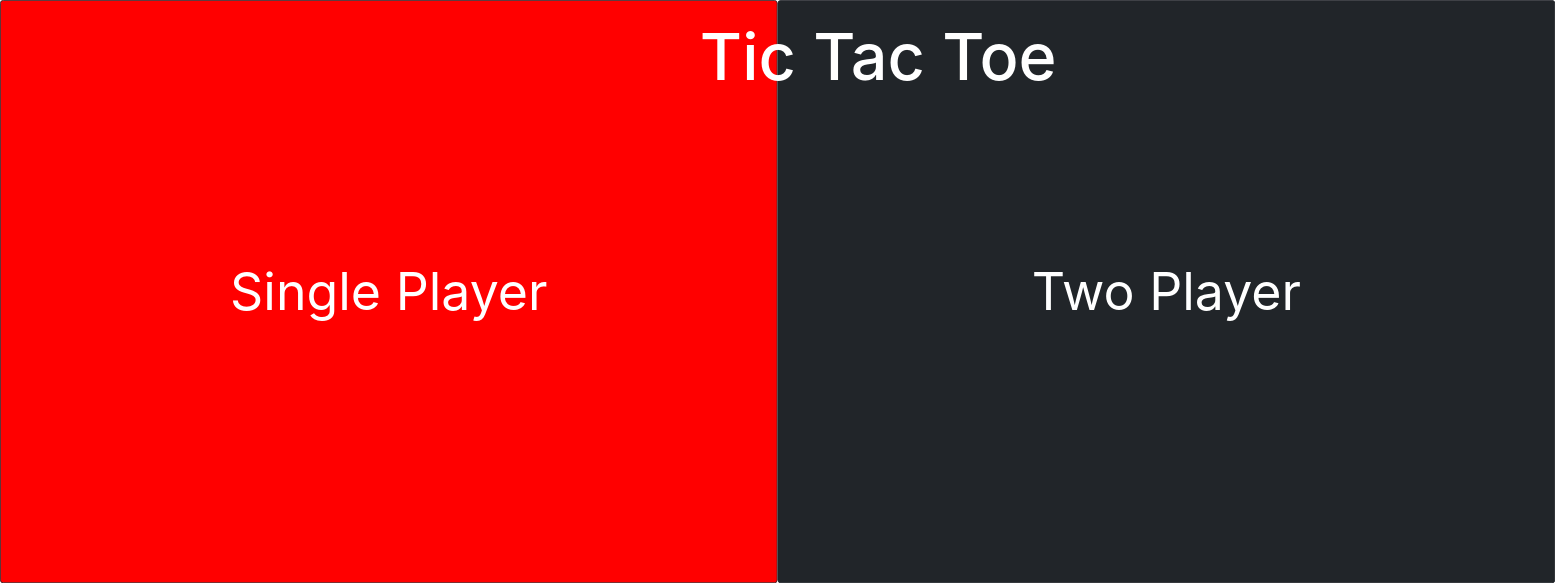
Repository: napan24/tic-tac-toe
Page: /
These files come from the project's save history. The page is drawn as it stood at one moment and after the next save; the edit follows.
The browser window is 1920 px wide. The pictures show the whole page, at 81% of full size.
The project was rebuilt for these pictures with package versions that can differ from the ones it lists, and the page was loaded fresh each time. Also part of the build but not shown: src/App.css, src/tik.css, src/App.js, src/Vscomp.js.

Above is the page before, as saved 2022-06-16 18:08:31.

After the next save:
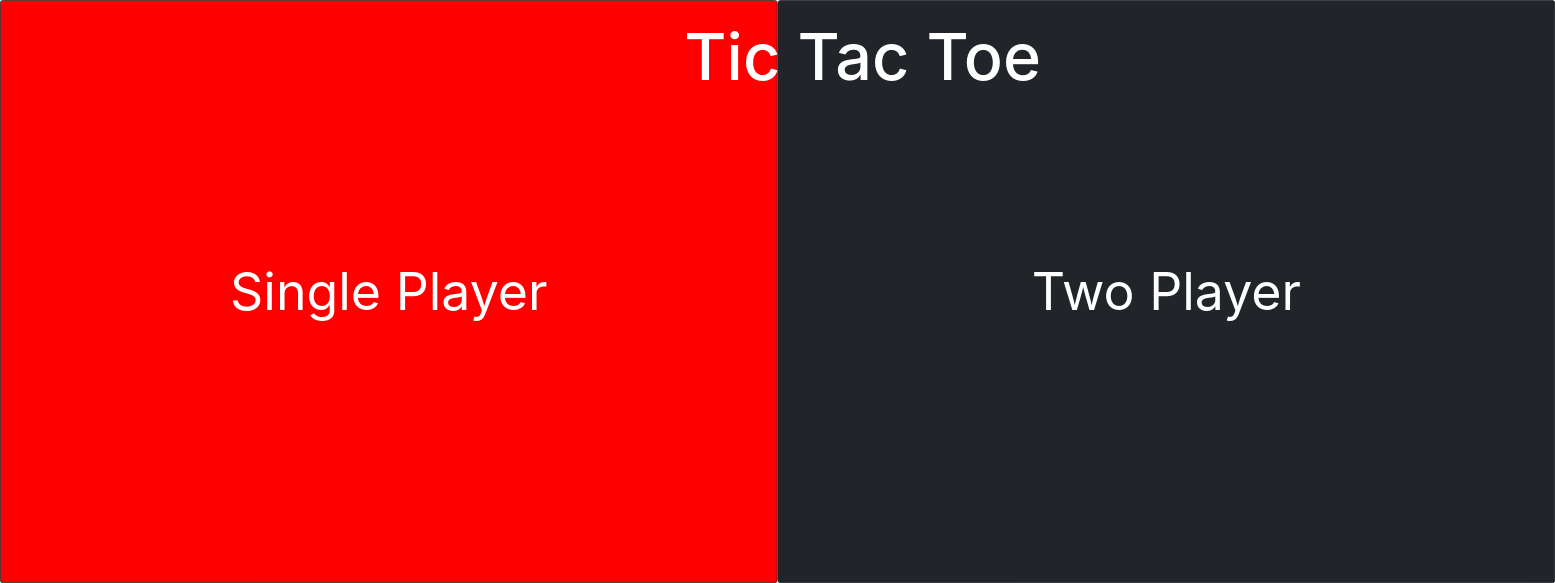
Saved 4 s later.
--- a/src/home.css
+++ b/src/home.css
@@ -1,5 +1,5 @@
 @media (max-width:5000px) and (min-width:1901px){
     #title{
-        left:45vw;
+        left:44vw;
     }
 }
